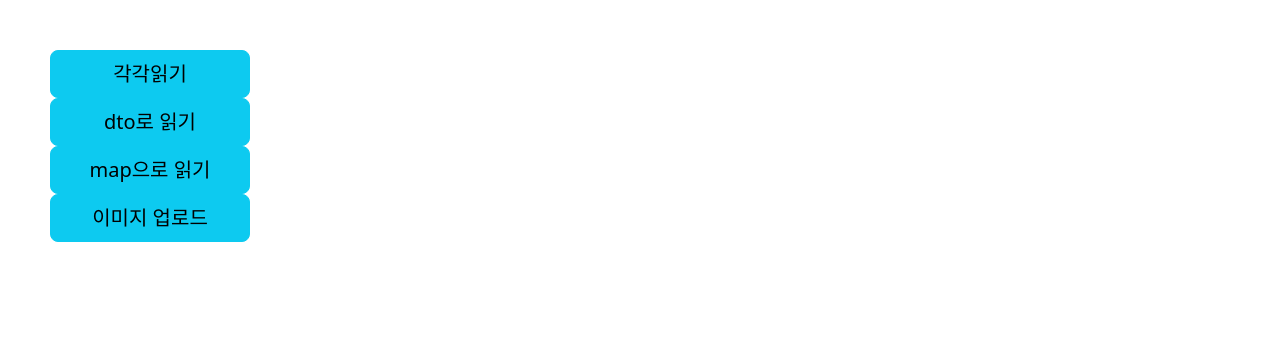
Repository: UZCHA/Sist0103Project
Page: http://localhost/SpringMvcFileUploadEx6/
The author's editor kept a copy of each file at every save. The page is drawn from the files as they stood at one save, then again after the next save.
The browser window is 1280 px wide. The pictures show the whole page.
Some web fonts or font styles are not loaded; a fallback is used. The page is served by Tomcat 9.

Above is the page before, as saved 2024-05-07 03:27:42.

After the next save:
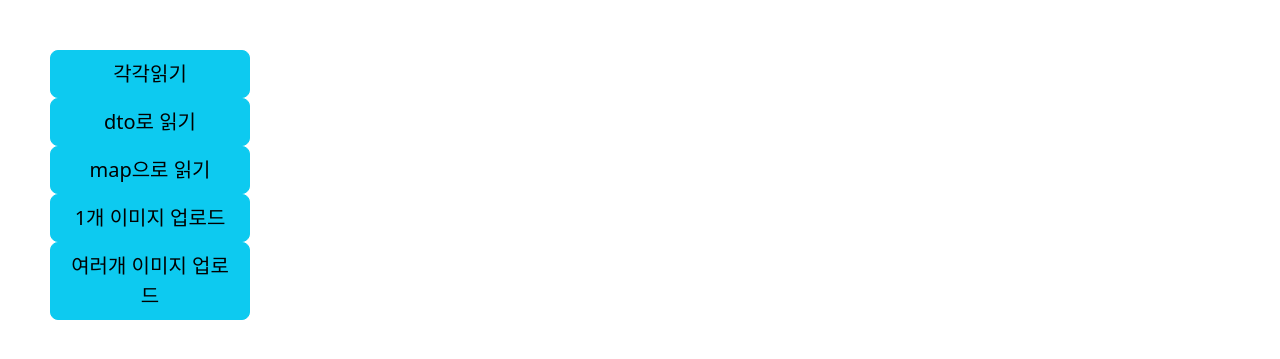
Saved 84 s later.
--- a/sts3work/SpringMvcFileUploadEx6/src/main/webapp/WEB-INF/day0507/menu.jsp
+++ b/sts3work/SpringMvcFileUploadEx6/src/main/webapp/WEB-INF/day0507/menu.jsp
@@ -23,7 +23,10 @@
 	onclick="location.href='shop/form3'">map으로 읽기</button>
 	<br>
 	<button class="btn btn-info btn-lg" style="width: 200px;"
-	onclick="location.href='shop/form4'">이미지 업로드</button>
+	onclick="location.href='shop/uploadform1'">1개 이미지 업로드</button>
+	<br>
+	<button class="btn btn-info btn-lg" style="width: 200px;"
+	onclick="location.href='shop/uploadform2'">여러개 이미지 업로드</button>
 	<br>
 </div>
 </body>
